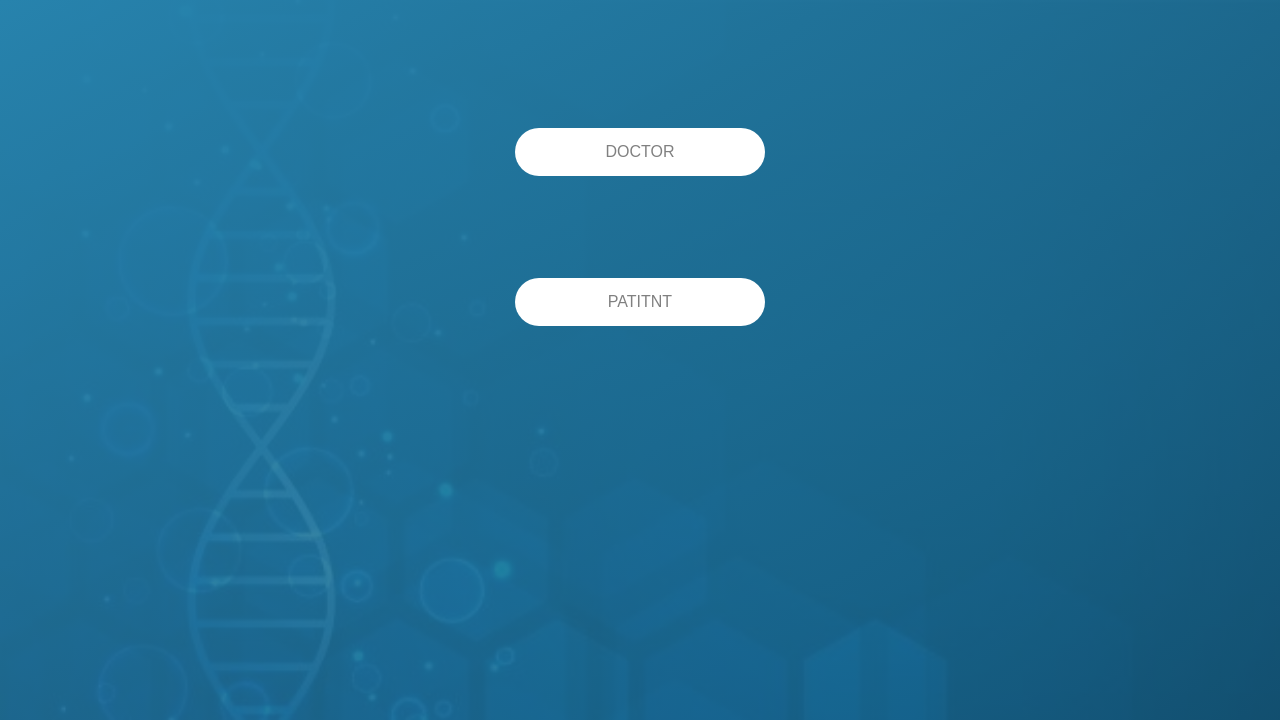
Repository: ajayaj2001/healthcare-digitization
Page: /
An editor plug-in stored every save of this project. The page is shown before and after the next save, followed by the edit.
The browser window is 1280 px wide. The pictures show the whole page.
The project was rebuilt for these pictures with package versions that can differ from the ones it lists, and the page was loaded fresh each time.

Above is the page before, as saved 2021-03-12 18:39:22.

### public/index.html
<!DOCTYPE html>
<html lang="en">

<head>
  <meta charset="utf-8" />
  <meta name="viewport" content="width=device-width, initial-scale=1" />
  <meta name="theme-color" content="#000000" />
  <meta name="description" content="Web site created using create-react-app" />
  <link rel="stylesheet" href="https://fonts.googleapis.com/css?family=Roboto:300,400,500,700&display=swap" />
  <link rel="stylesheet" href="https://fonts.googleapis.com/icon?family=Material+Icons" />

  <!--
      manifest.json provides metadata used when your web app is installed on a
      user's mobile device or desktop. See https://developers.google.com/web/fundamentals/web-app-manifest/
    -->
  <!-- <link rel="manifest" href="%PUBLIC_URL%/manifest.json" /> -->
  <!--
      Notice the use of %PUBLIC_URL% in the tags above.
      It will be replaced with the URL of the `public` folder during the build.
      Only files inside the `public` folder can be referenced from the HTML.

      Unlike "/favicon.ico" or "favicon.ico", "%PUBLIC_URL%/favicon.ico" will
      work correctly both with client-side routing and a non-root public URL.
      Learn how to configure a non-root public URL by running `npm run build`.
    -->
  <title>medical</title>
</head>

<body>
  <noscript>You need to enable JavaScript to run this app.</noscript>
  <div id="root"></div>
  <!--
      This HTML file is a template.
      If you open it directly in the browser, you will see an empty page.

      You can add webfonts, meta tags, or analytics to this file.
      The build step will place the bundled scripts into the <body> tag.

      To begin the development, run `npm start` or `yarn start`.
      To create a production bundle, use `npm run build` or `yarn build`.
    -->
</body>

</html>

### src/index.js
import React from 'react';
import ReactDOM from 'react-dom';
import './index.scss';
import App from './component/app/App';

ReactDOM.render(
  <React.StrictMode>
    <App />
  </React.StrictMode>,
  document.getElementById('root')
);

### src/index.scss
code {
  font-family: source-code-pro, Menlo, Monaco, Consolas, "Courier New", monospace;
}
@mixin respond($breakpoint) {
  @if $breakpoint == phone {
    @media (max-width: 37.5em) {
      @content;
    }
  }

  @if $breakpoint == tab-land {
    @media (max-width: 75em) {
      @content;
    }
  }
  @if $breakpoint == tab-port {
    @media (max-width: 56.25em) {
      @content;
    }
  }
  @if $breakpoint == big-desktop {
    @media (min-width: 112.5em) {
      @content;
    }
  }
}

*,
*::after,
*::before {
  margin: 0;
  padding: 0;
  box-sizing: inherit;
}
body {
  font-family: "Lato", sans-serif;
  font-weight: 400;
  font-size: 16px;
  line-height: 1.7;
  color: #777;
  //padding: 30px;
  box-sizing: border-box;
  @include respond(tab-port) {
    padding: 0;
  }
}

html {
  font-size: 62.5%; //1rem=10px 10px/16px=62.5%
  @include respond(tab-land) {
    //width <1200
    font-size: 56.25%; //1rem=9px
  }
  @include respond(tab-port) {
    //<width <900
    font-size: 50%; //1rem=8px
  }
  // @include respond(phone) {
  //     //<width<600
  //     font-size: 40%; //1rem=4.8px
  // }
  @include respond(big-desktop) {
    //>1200
    font-size: 75%; //1rem=12
  }
}

### src/component/app/App.js
import './App.scss';

import UserType from "../userType/UserType";

function App() {
  return (
    <div className="App">
      <UserType />
    </div>
  );
}

export default App;

### src/component/userType/UserType.js
import React from 'react'
import './UserType.scss'

const UserType = () => {
    return (
        <div className="userType">
<div className="userType-buttons">
            <button className="btn btn--white btn--animation" >Doctor</button>
            <button className="btn btn--white btn--animation" >Patitnt</button>
            </div>
        </div>
    )
}

export default UserType

### src/component/userType/UserType.scss
.userType {
    height: 100vh;
    background-image: linear-gradient(to right bottom, #2783ad, rgba(23, 91, 122, 0.774)), url(../../img/img-1.jpg);
    background-size: cover;
    background-position: top;
    position: relative;
}

.btn {

    &,
    &:link,
    &:visited {
        text-decoration: none;
        padding: 1.5rem 3rem;
        text-transform: uppercase;
        display: inline-block;
        border-radius: 10rem;
        transition: all 0.2s;
        position: relative;
        font-size: 1.6rem;
        width: 25rem;
        margin-bottom: 8%;
        //for button element

        border: none;
        cursor: pointer;
    }
    &:hover {
        transform: translateY(-0.3rem);
        box-shadow: 0 1rem 2rem rgba(0, 0, 0, 0.3);
        &::after {
            transform: scalex(1.4) scaleY(1.6);
            opacity: 0;
        }
    }
    &:active,
    &:focus {
        outline: none;
        transform: translateY(-0.1rem);
        box-shadow: 0 0.5rem 1rem rgba(0, 0, 0, 0.2);
    }
    &--white {
        background-color: #fff;
        color: grey;
        &::after {
            background-color: #fff;
        }
    }
    &::after {
        content: "";
        display: inline-block;
        border-radius: 10rem;
        transition: all 0.4s;
        height: 100%;
        width: 100%;
        top: 0;
        left: 0;
        position: absolute;
        z-index: -1;
    }
    &--animation {
        animation: moveInBottom 0.5s ease-out 0.75 backwards;
    }
}

.userType-buttons{
    display: flex;
    flex-direction: column;
    align-items: center;
    padding-top: 10%;
}

Loaded but not shown: src/component/app/App.scss (no stored copy; drawn as an empty file)

After the next save:
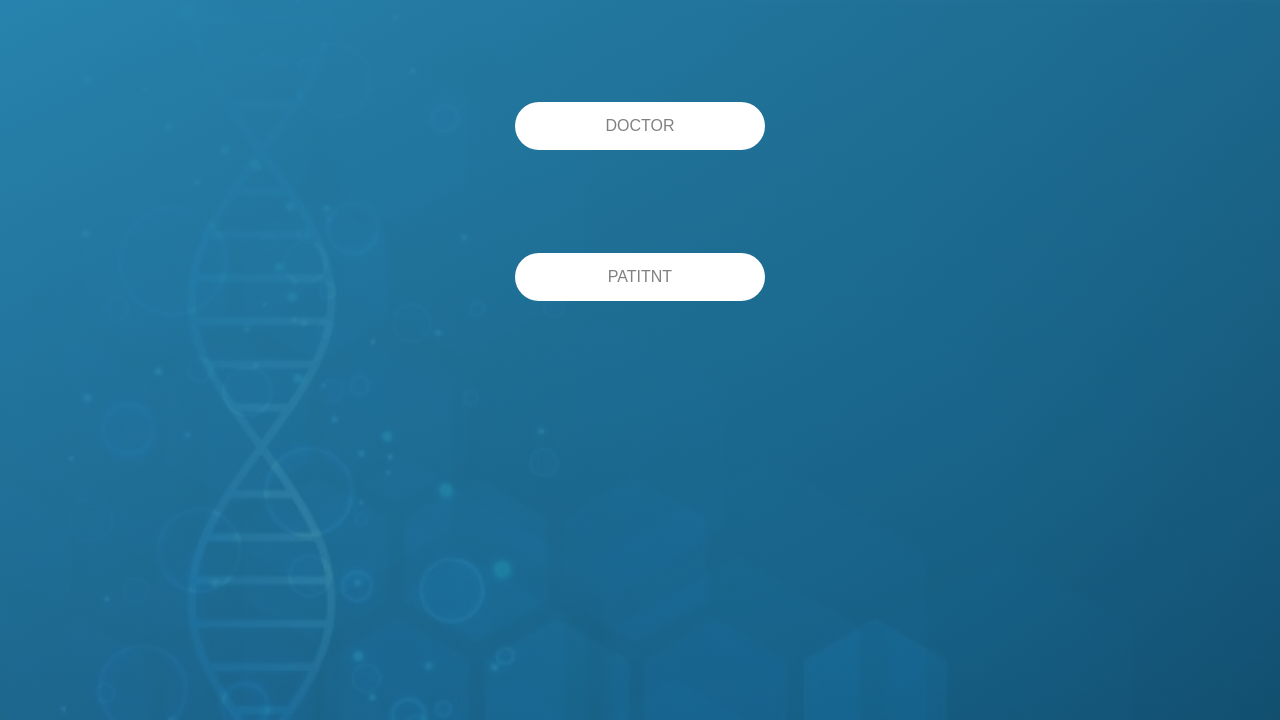
Saved 9 s later.
--- a/src/component/userType/UserType.scss
+++ b/src/component/userType/UserType.scss
@@ -68,5 +68,5 @@
     display: flex;
     flex-direction: column;
     align-items: center;
-    padding-top: 10%;
+    padding-top: 8%;
 }

After the save that followed:
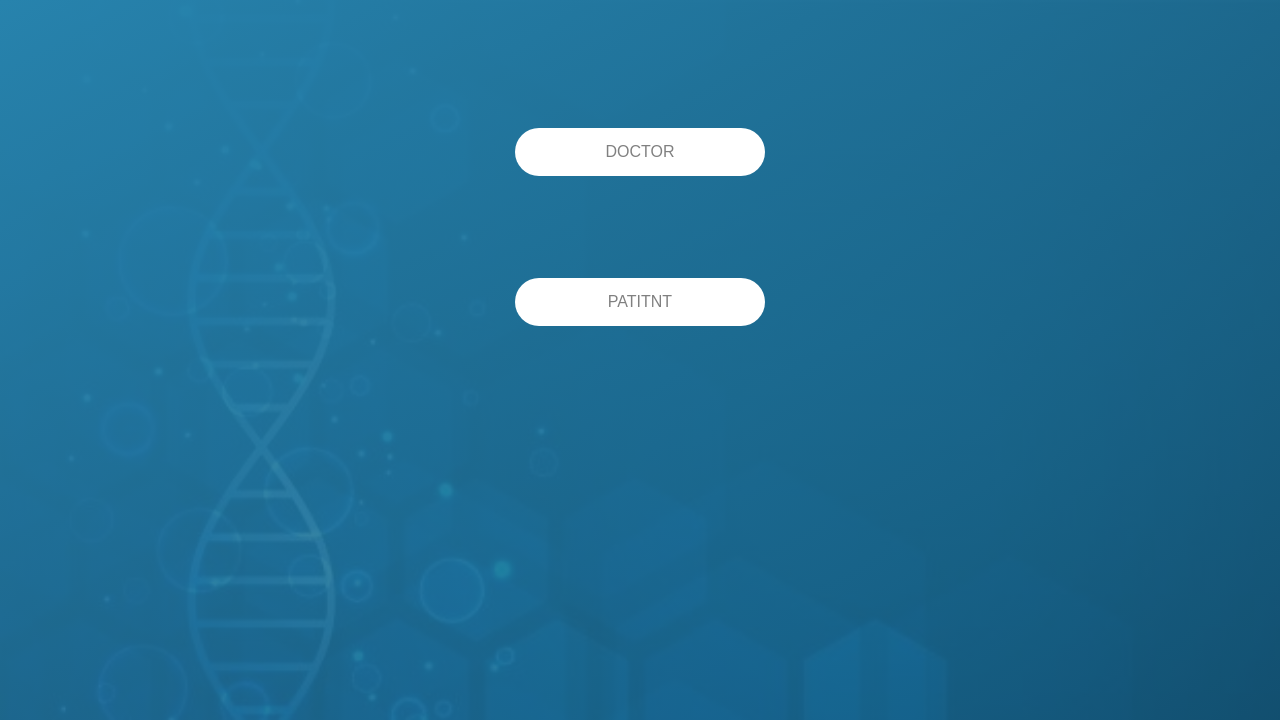
Saved 4 s later.
--- a/src/component/userType/UserType.scss
+++ b/src/component/userType/UserType.scss
@@ -68,5 +68,5 @@
     display: flex;
     flex-direction: column;
     align-items: center;
-    padding-top: 8%;
+    padding-top: 10%;
 }
